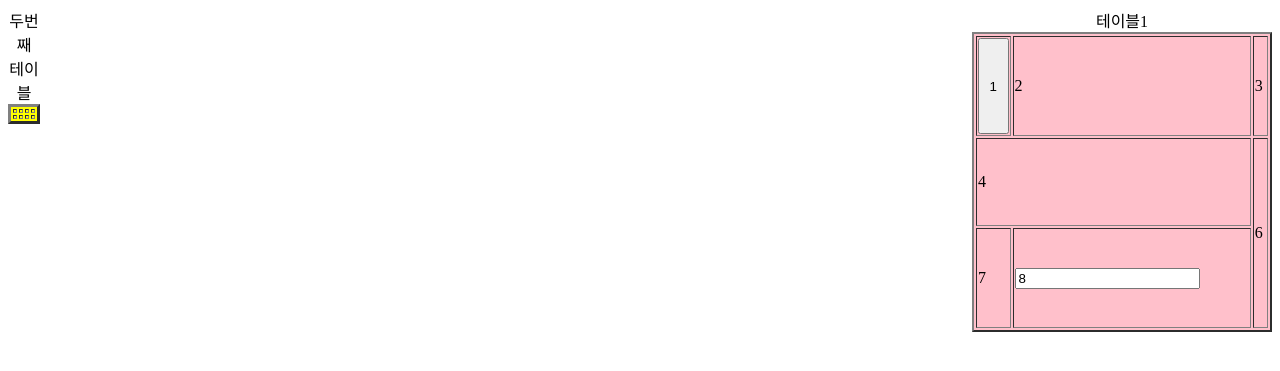
Repository: trapezer84/JSP
Page: http://localhost/AB_WebCalc/listTest1.jsp
These files come from the project's save history. The page is drawn as it stood at one moment and after the next save; the edit follows.
The browser window is 1280 px wide. The pictures show the whole page.
The page is served by Tomcat 9.

Above is the page before, as saved 2016-02-02 11:17:42.

After the next save:
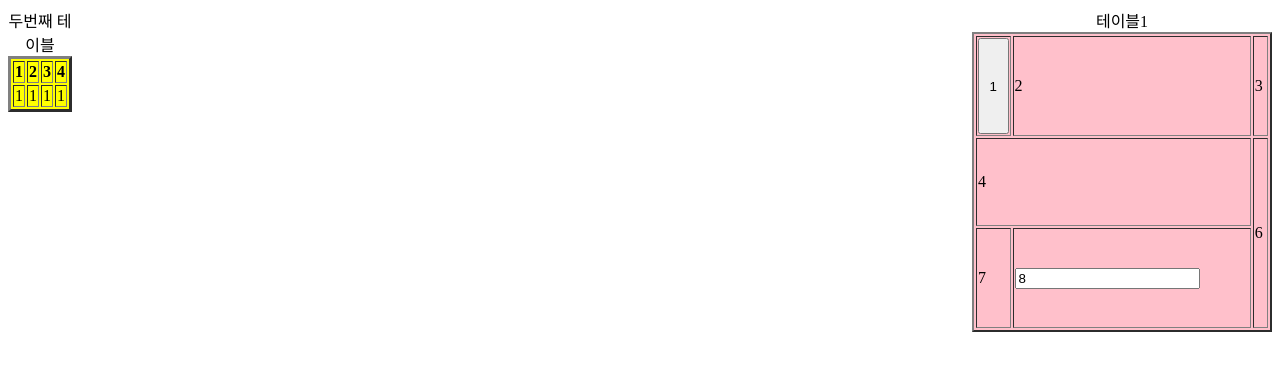
Saved 35 s later.
--- a/AB_WebCalc/WebContent/listTest1.jsp
+++ b/AB_WebCalc/WebContent/listTest1.jsp
@@ -29,16 +29,16 @@
 	<table border="3" bgcolor="yellow" summary="this is a second table">
 	<caption>두번째 테이블</caption>
 		<tr>
-			<td></td>
-			<td></td>
-			<td></td>
-			<td></td>
+			<th>1</th>
+			<th>2</th>
+			<th>3</th>
+			<th>4</th>
 		</tr>
 		<tr>
-			<td></td>
-			<td></td>
-			<td></td>
-			<td></td>
+			<td>1</td>
+			<td>1</td>
+			<td>1</td>
+			<td>1</td>
 		</tr>
 
 	</table>
